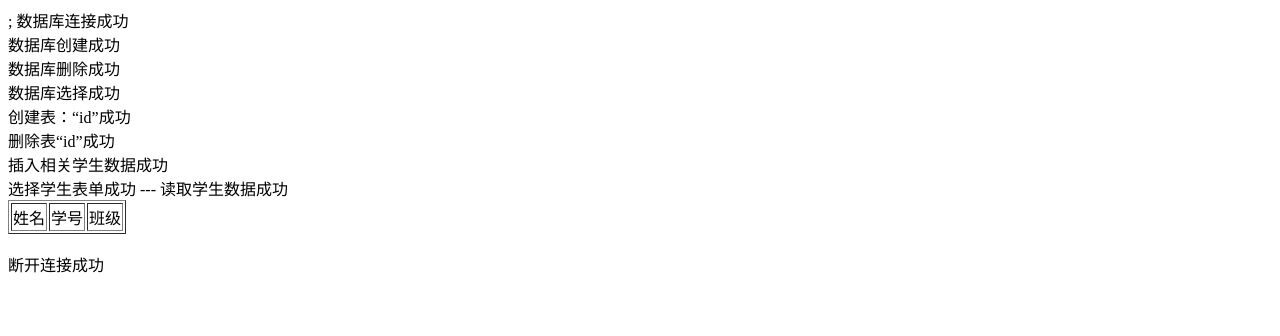
Repository: ZxxWs/P_M_learn
Page: http://localhost/
These files come from the project's save history. The page is drawn as it stood at one moment and after the next save; the edit follows.
The browser window is 1280 px wide. The pictures show the whole page.
The page is run by PHP 8.4 with error messages shown; the project is at /var/www/html/. Queries for data that is not in the repository find no rows.

Above is the page before, as saved 2019-03-19 11:17:29.

After the next save:
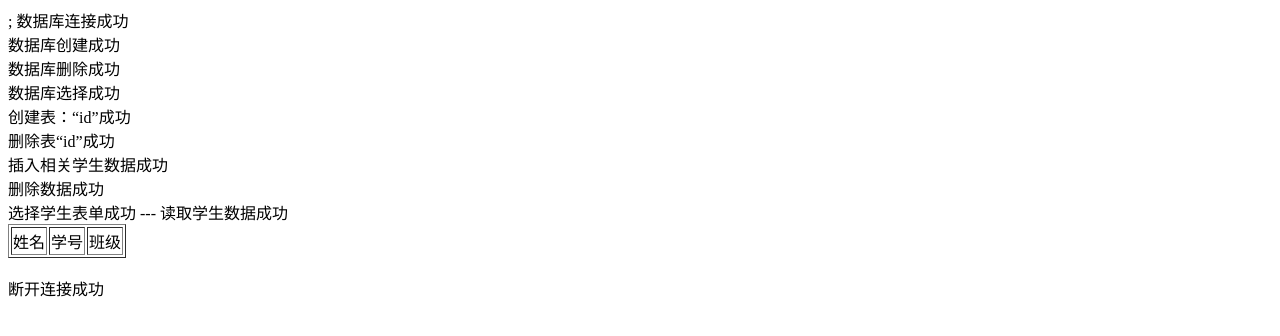
Saved 12 min 28 s later.
--- a/Mysql_learn/index.php
+++ b/Mysql_learn/index.php
@@ -72,8 +72,7 @@ echo "<br/>";
 
 
 //***********************
-// 设置编码，防止中文乱码
-mysqli_query($conn , "set names utf8");
+mysqli_query($conn , "set names utf8");// 设置编码，防止中文乱码
 //***********************
 //向表中插入数据————>students:name,num,class
 $stuname="吴霜";
@@ -87,6 +86,14 @@ $into=mysqli_query($conn, $sqldata);
 if($into)
     echo "插入相关学生数据成功";
     echo "<br/>";
+
+
+//***********************
+//在表中删除数据
+$deletedata="delete from students where num=1707004101";
+$deleteend=mysqli_query($conn,$deletedata);
+if($deleteend)
+    echo "删除数据成功<br/>";
 
 
 //***********************************************************
